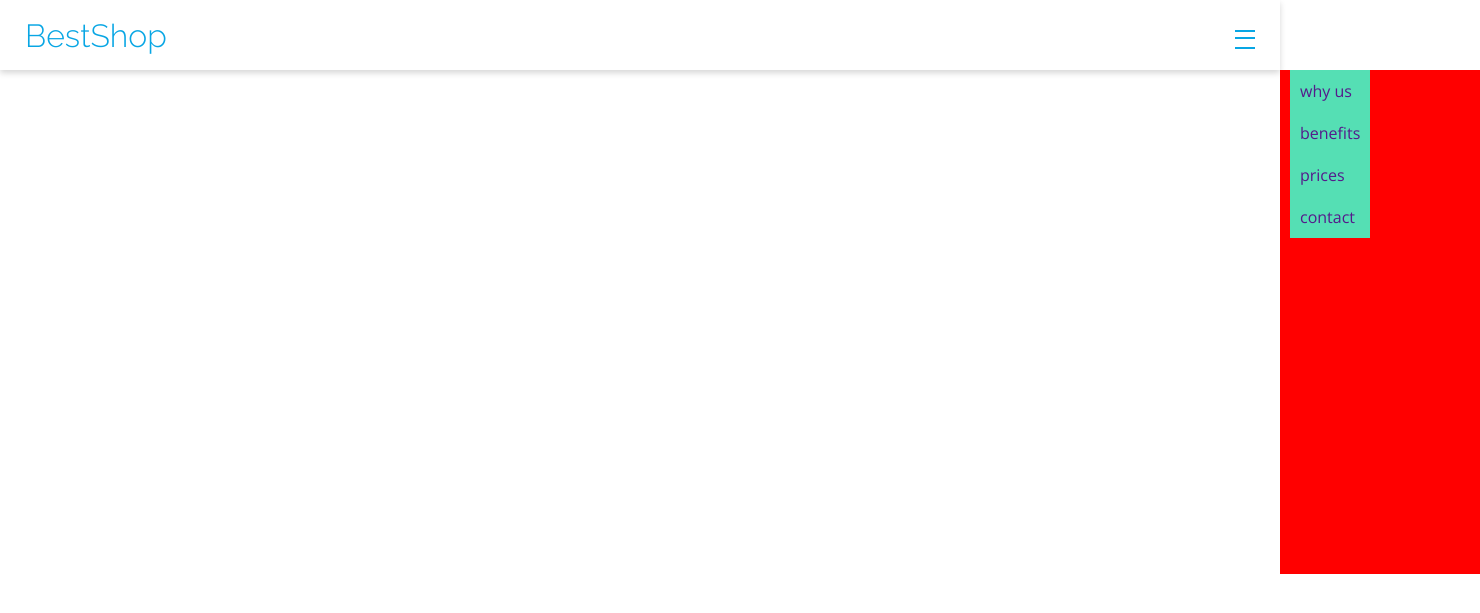
Repository: artwol993/BestShop
Page: index.html
An editor plug-in stored every save of this project. The page is shown before and after the next save, followed by the edit.
The browser window is 1280 px wide. The page is 1480 px wide, then 1435 px, then 1480 px, so the pictures cover 1480 px, including what lies to the right of the window. The pictures show the whole page.
The style sheet was rebuilt from its Sass, Less or Tailwind sources for each picture, by a compiler version that may differ from the author's.

Above is the page before, as saved 2020-05-26 23:31:30.

After the next save:
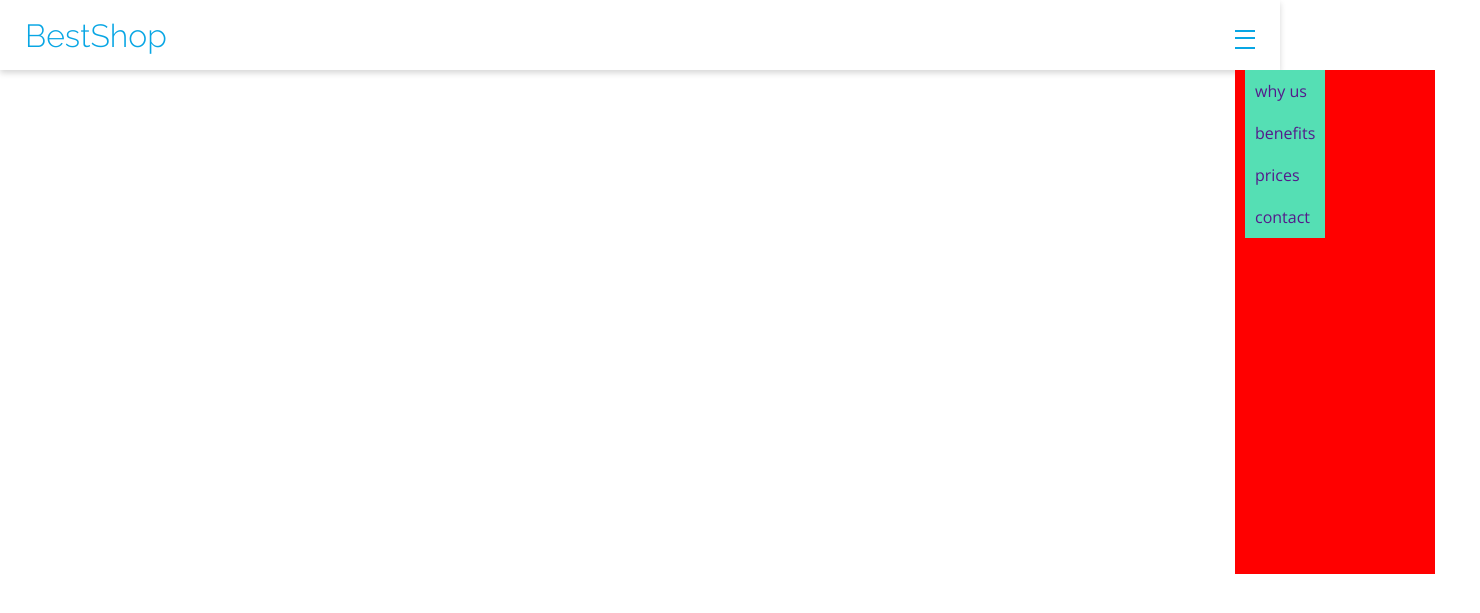
Saved 18 s later.
--- a/scss/main.scss
+++ b/scss/main.scss
@@ -109,7 +109,7 @@
     height: 70%;
     width: 200px;
     top: 70px;
-    right: -200px;
+    // right: -200px;
     padding: 0;
     background-color: red;
     transition: 0.3s transform ease-in-out;

After the save that followed:
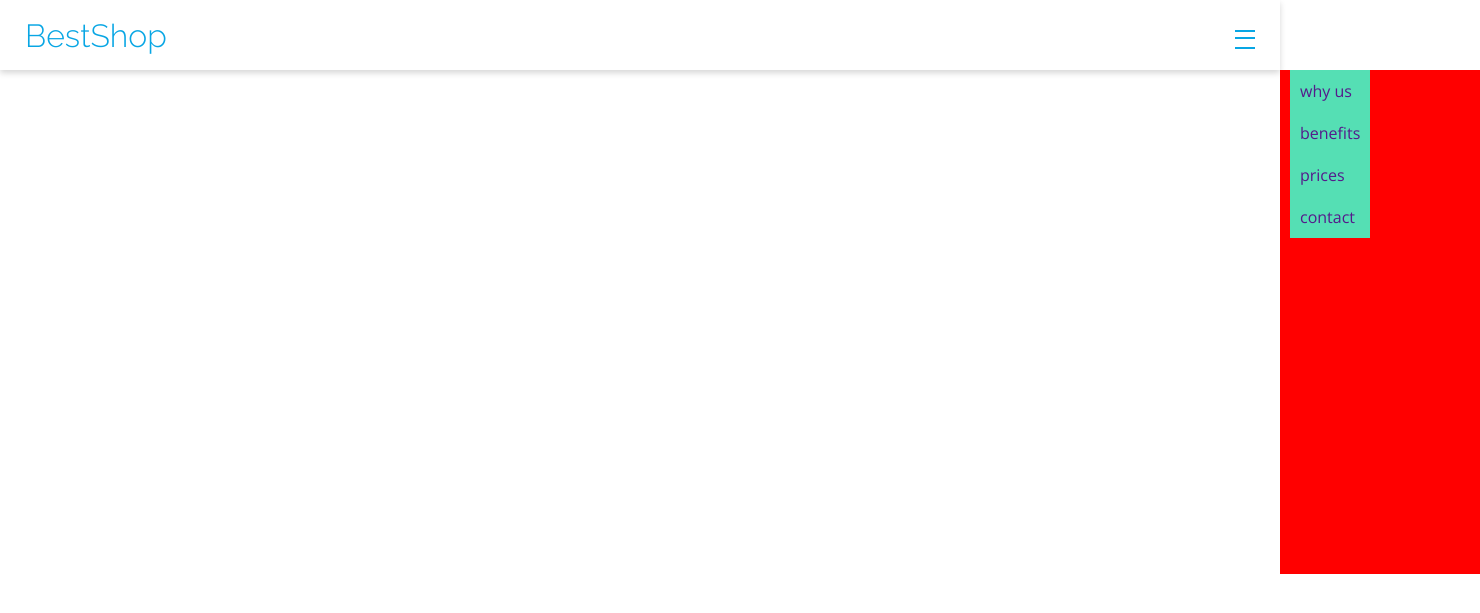
Saved 11 s later.
--- a/scss/main.scss
+++ b/scss/main.scss
@@ -109,7 +109,7 @@
     height: 70%;
     width: 200px;
     top: 70px;
-    // right: -200px;
+    right: -200px;
     padding: 0;
     background-color: red;
     transition: 0.3s transform ease-in-out;
